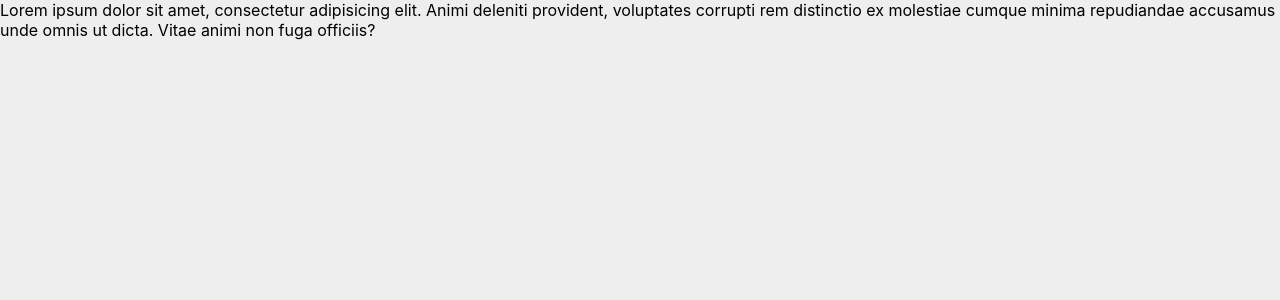
Repository: 16-Doffy/Fe-Khhoahoc
Page: /
The author's editor kept a copy of each file at every save. The page is drawn from the files as they stood at one save, then again after the next save.
The browser window is 1280 px wide. The pictures show the whole page.
The project was rebuilt for these pictures with package versions that can differ from the ones it lists, and the page was loaded fresh each time. Also part of the build but not shown: src/App.css, src/components/card/card.js.

Above is the page before, as saved 2025-01-11 08:22:14.

### src/App.js
import "./App.css";
import Card from "./components/card/card";
import CardList from "./components/card/cardList";
// import Button from "./components/button/button";
// import YtList from "./components/youtube/YtList";
// {/* <YtList></YtList> */}
// {/* <Button>Primary</Button>
// <Button secondary >Secondary</Button> */}
const App = () => {
  return (
<div>
<CardList>
Lorem ipsum dolor sit amet, consectetur adipisicing elit. Animi deleniti provident, voluptates corrupti rem distinctio ex molestiae cumque minima repudiandae accusamus unde omnis ut dicta. Vitae animi non fuga officiis?
 </CardList>
</div>
  );
};

export default App;

### src/components/card/cardList.js
import React from 'react';
import styled from 'styled-components';

const StyledCardList = styled.div`


`;
const CardList = (props) => {
    return (
        <StyledCardList>
          {props.children}
        </StyledCardList>
    );
};

export default CardList;

Loaded but not shown: public/index.html (common file); src/index.js (common file); src/index.css (common file); src/reportWebVitals.js (common file)

After the next save:
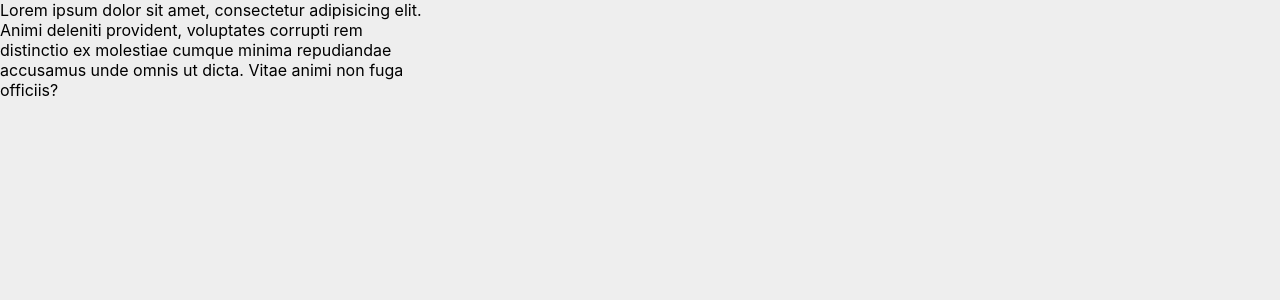
Saved 17 s later.
--- a/src/components/card/cardList.js
+++ b/src/components/card/cardList.js
@@ -2,7 +2,8 @@ import React from 'react';
 import styled from 'styled-components';
 
 const StyledCardList = styled.div`
-
+    display: grid;
+    grid-template-columns: repeat(3, 1fr);
 
 `;
 const CardList = (props) => {
